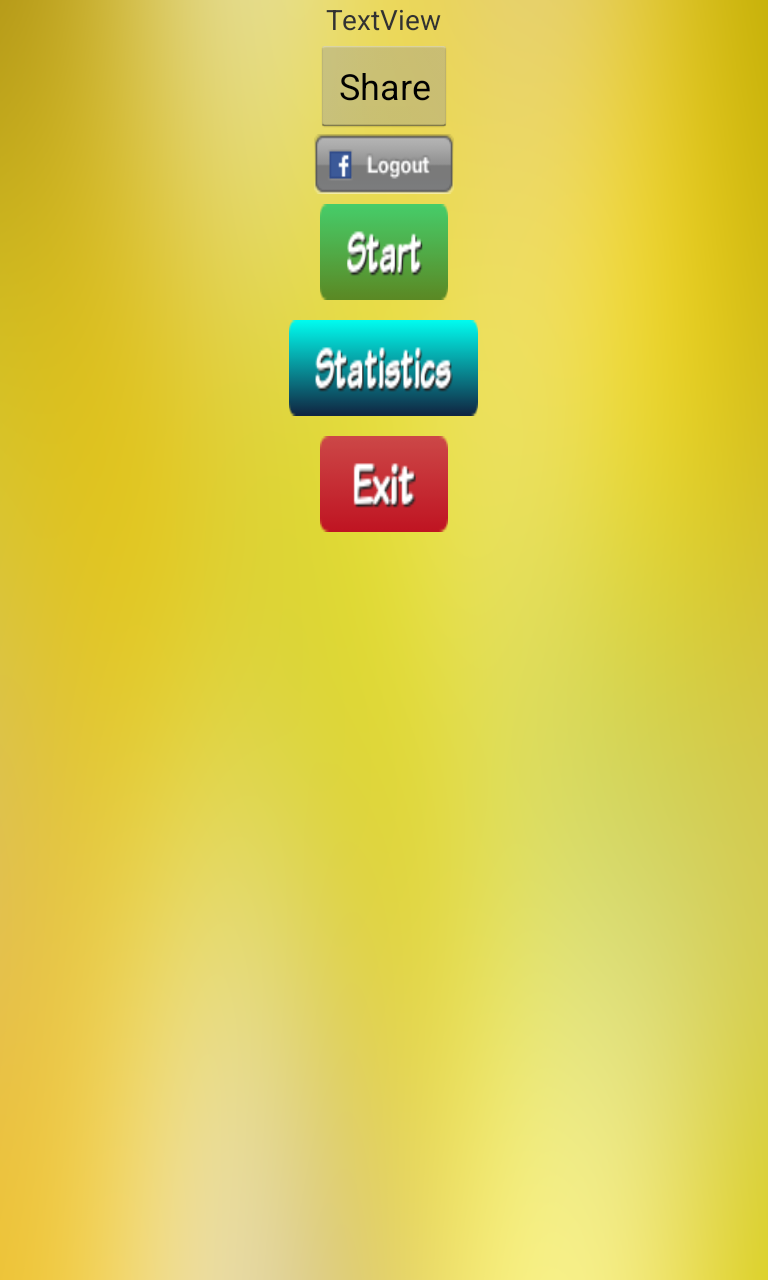
Repository: kingstonbg/workspaceAndroid
Layout: TaxiRoute/res/layout/activity_main_menu.xml
These files come from the project's save history. The layout is drawn as it stood at one moment and after the next save; the edit follows.
It is drawn on a 768 x 1280 px phone screen (xhdpi) without system bars, with theme AppTheme; the app's code is not run.

Above is the layout before, as saved 2013-02-18 14:43:46.

After the next save:
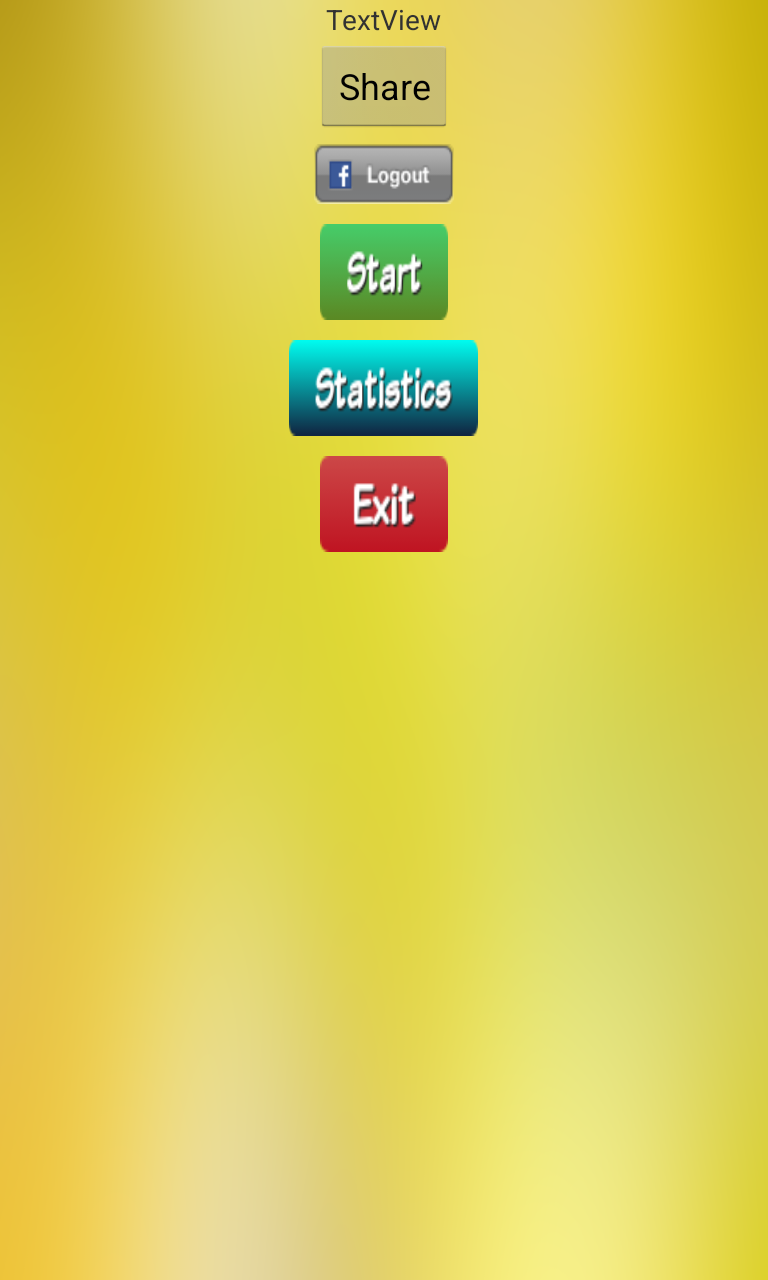
Saved 22 s later.
--- a/TaxiRoute/res/layout/activity_main_menu.xml
+++ b/TaxiRoute/res/layout/activity_main_menu.xml
@@ -22,7 +22,8 @@
         android:id="@+id/btn_clear_credentials"
         android:layout_width="70dp"
         android:layout_height="30dp"
-        android:background="@drawable/logout" />
+        android:background="@drawable/logout"
+        android:layout_margin="5dp" />
 
     <Button
         android:id="@+id/buttonStart"
